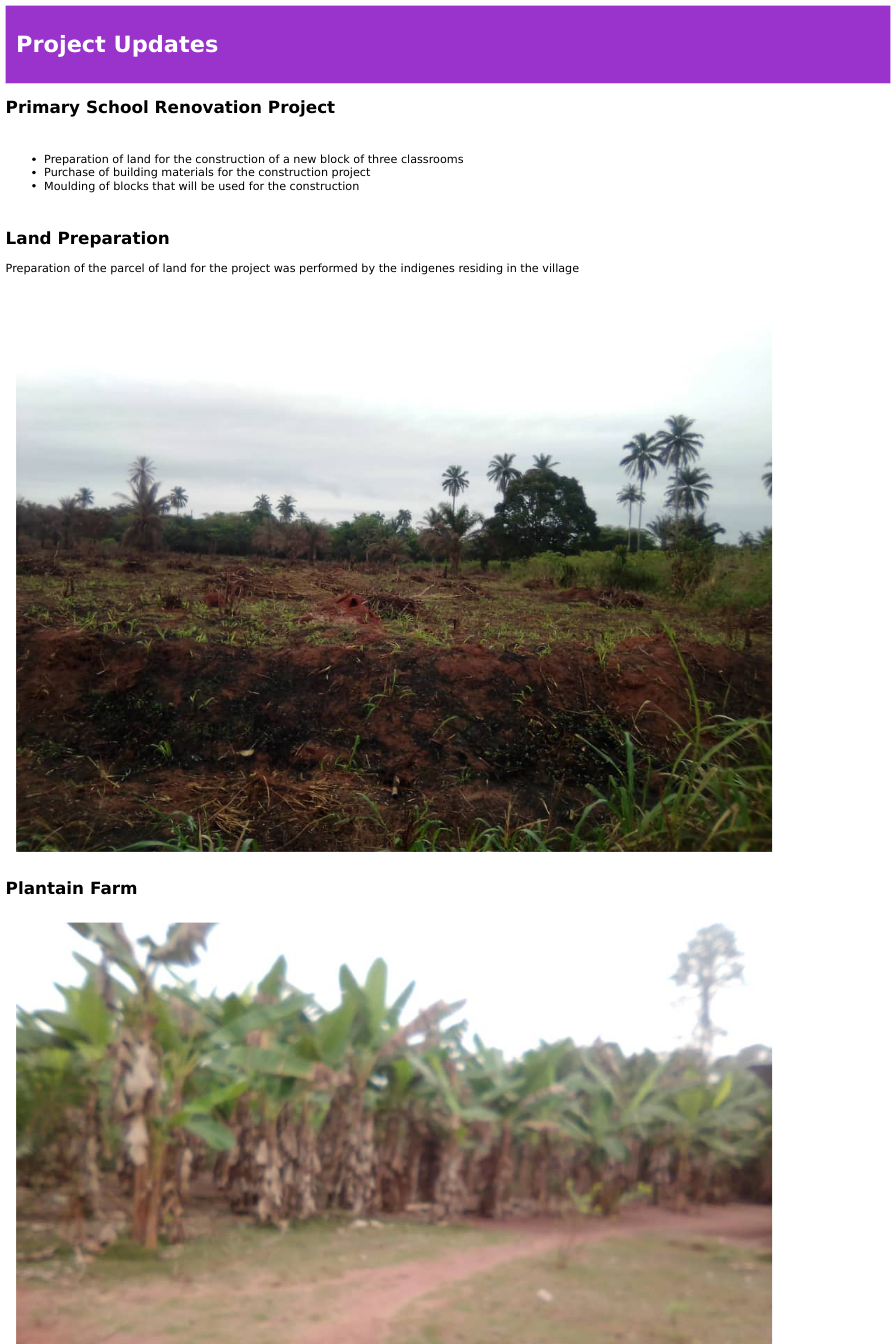
Repository: OtasowieRotimiOsifo/oheze-naka-forum
Page: projects_update_info.html
These files come from the project's save history. The page is drawn as it stood at one moment and after the next save; the edit follows.
The browser window is 1280 px wide. The pictures show the part of the page from y = 0 to 1920 px (the page is 7619 px tall before and 7890 px after), at 70% of full size.

Above is the page before, as saved 2021-07-23 23:31:25.

After the next save:
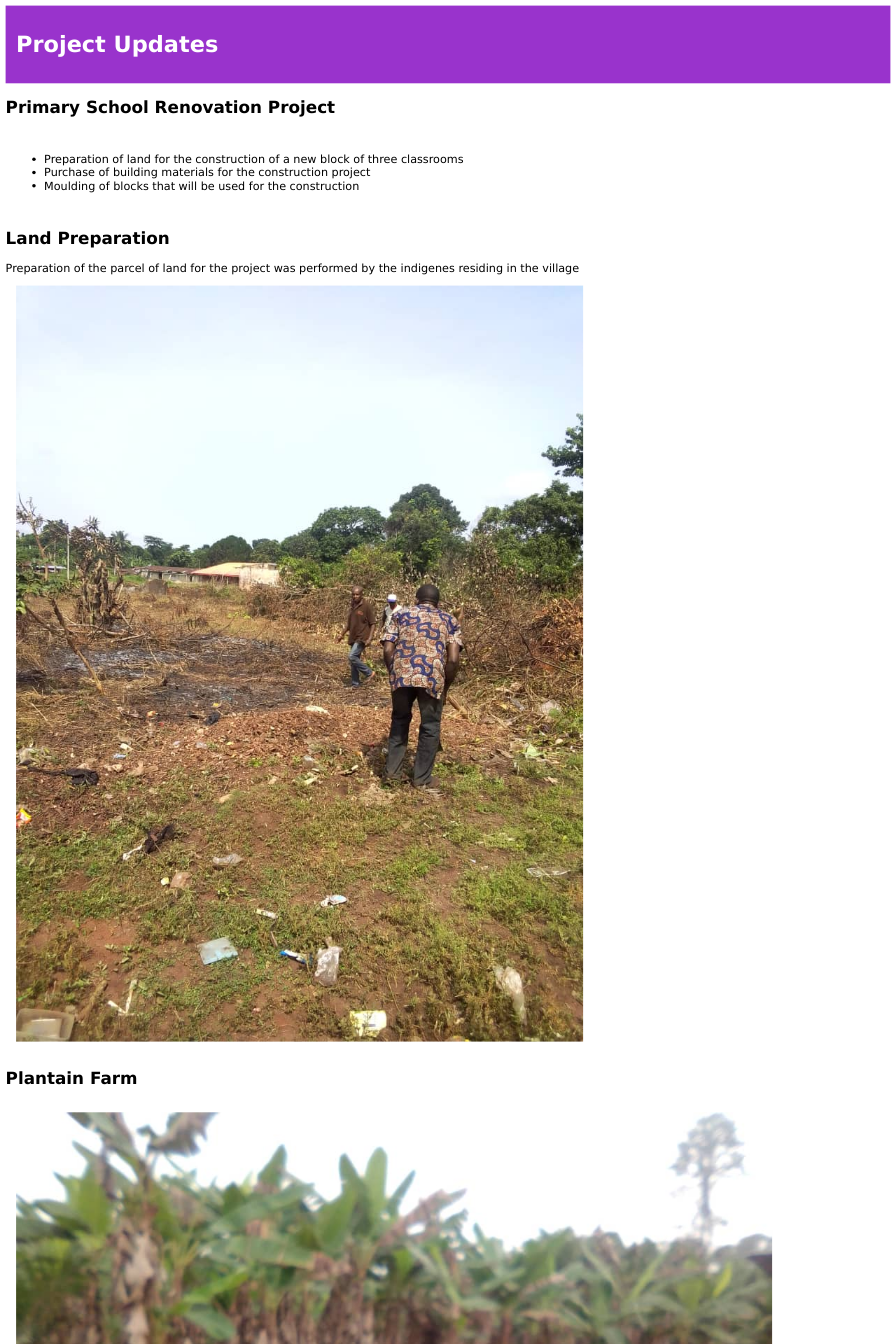
Saved 3 min 10 s later.
--- a/projects_update_info.html
+++ b/projects_update_info.html
@@ -122,7 +122,7 @@ html {
     <h2>Land Preparation</h2>
     <span>Preparation of the parcel of land for the project was performed by the indigenes residing in the village</span>
     <div  class="col-12 col-s-12">
-      <img src="img/farm-land-preparation.jpeg"/>
+      <img src="project_updates/ground-preparation.jpeg"/>
   </div>
   </div>
   <div class="row">
